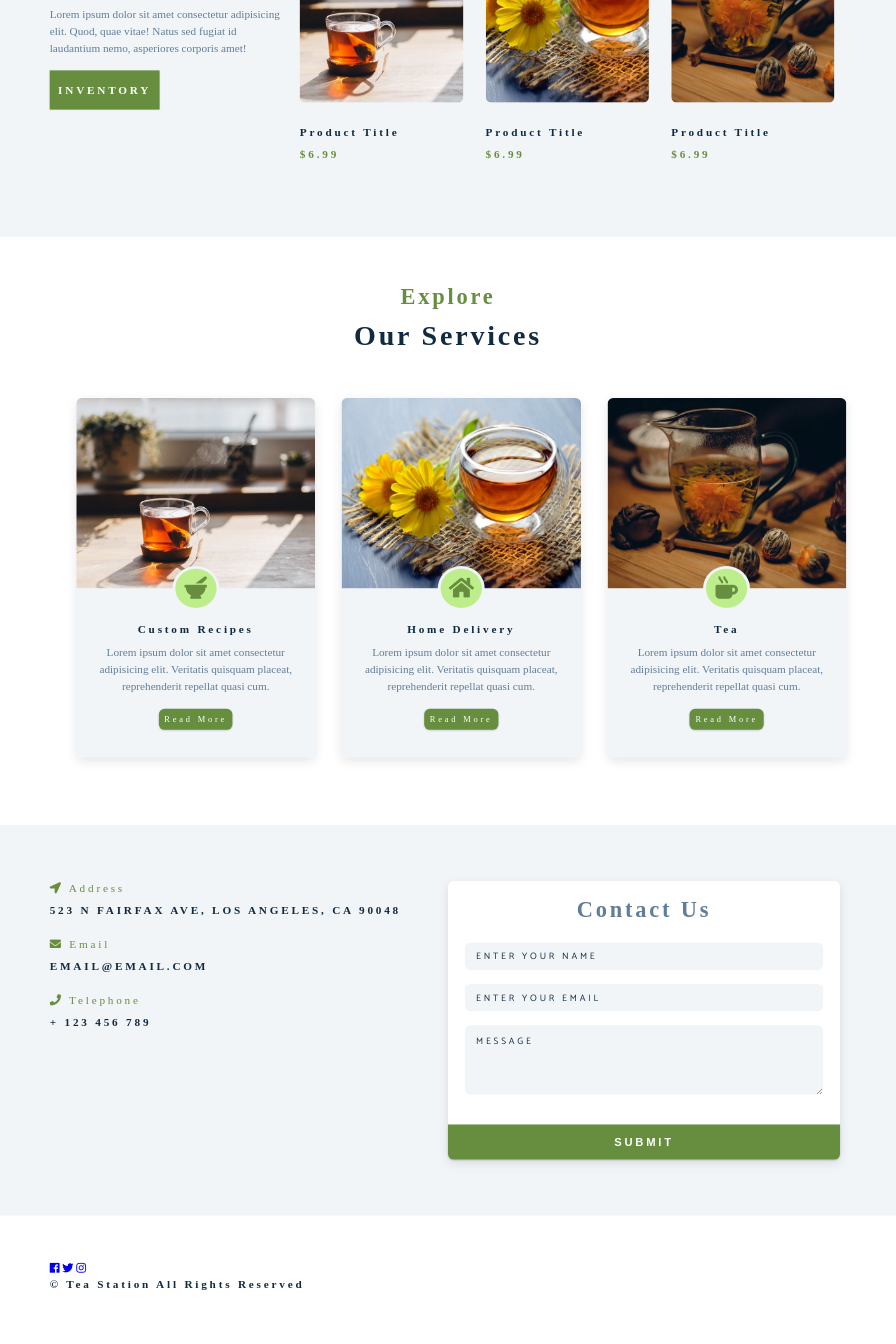
Repository: Ndifoinhilary/building_tea_site
Page: index.html
An editor plug-in stored every save of this project. The page is shown before and after the next save, followed by the edit.
The browser window is 1280 px wide. The pictures show the part of the page from y = 1852 to 3772 px (the page is 3772 px tall), at 70% of full size.
Backgrounds fixed to the window are drawn as part of the page. Some web fonts or font styles are not loaded; a fallback is used.

Above is the page before, as saved 2024-01-06 17:52:54.

After the next save:
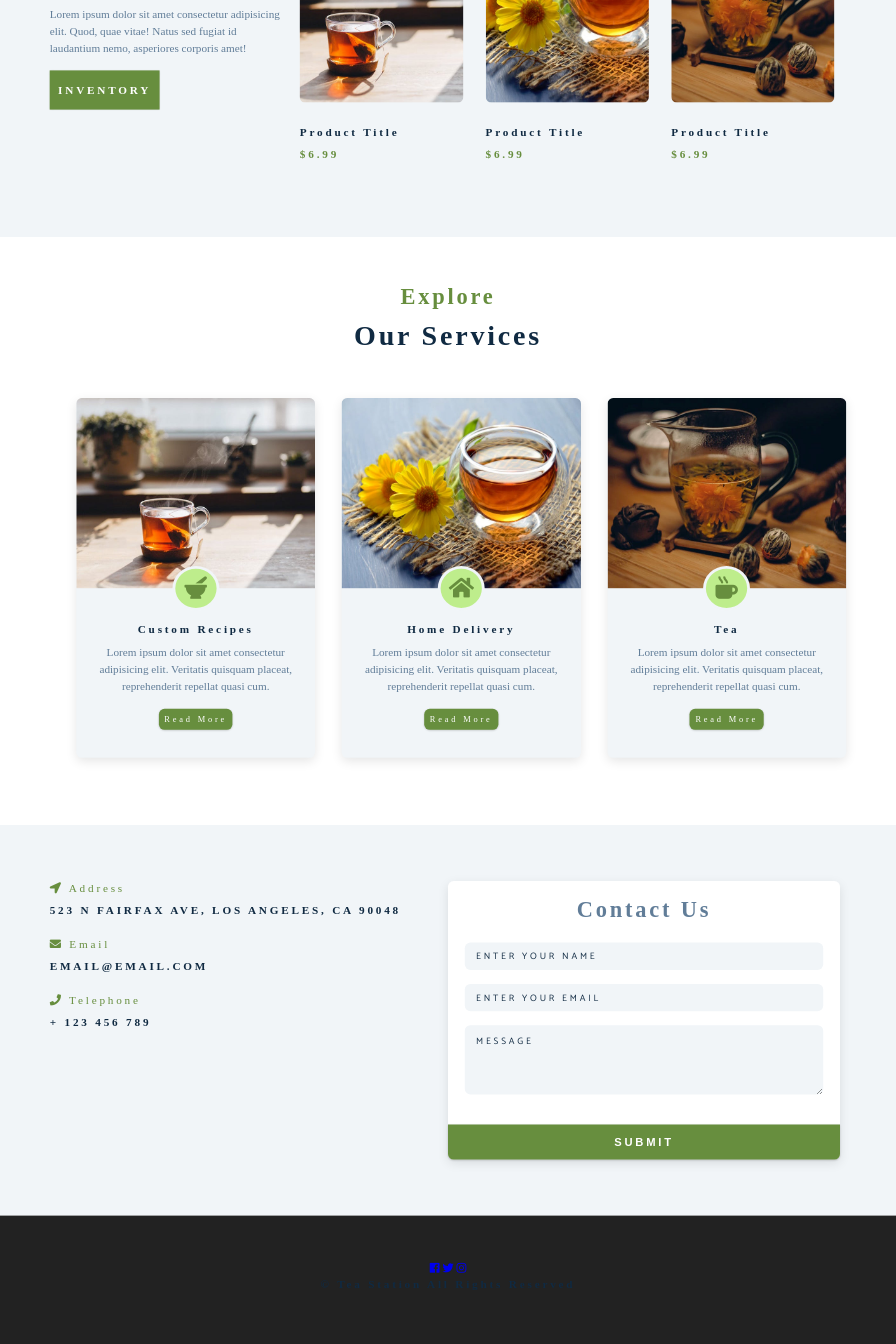
Saved 68 s later.
--- a/css/styles.css
+++ b/css/styles.css
@@ -525,3 +525,11 @@ form section
 /*
 footer section
  */
+
+
+ .footer{
+  background:#222;
+  text-align:center;
+
+
+ }
